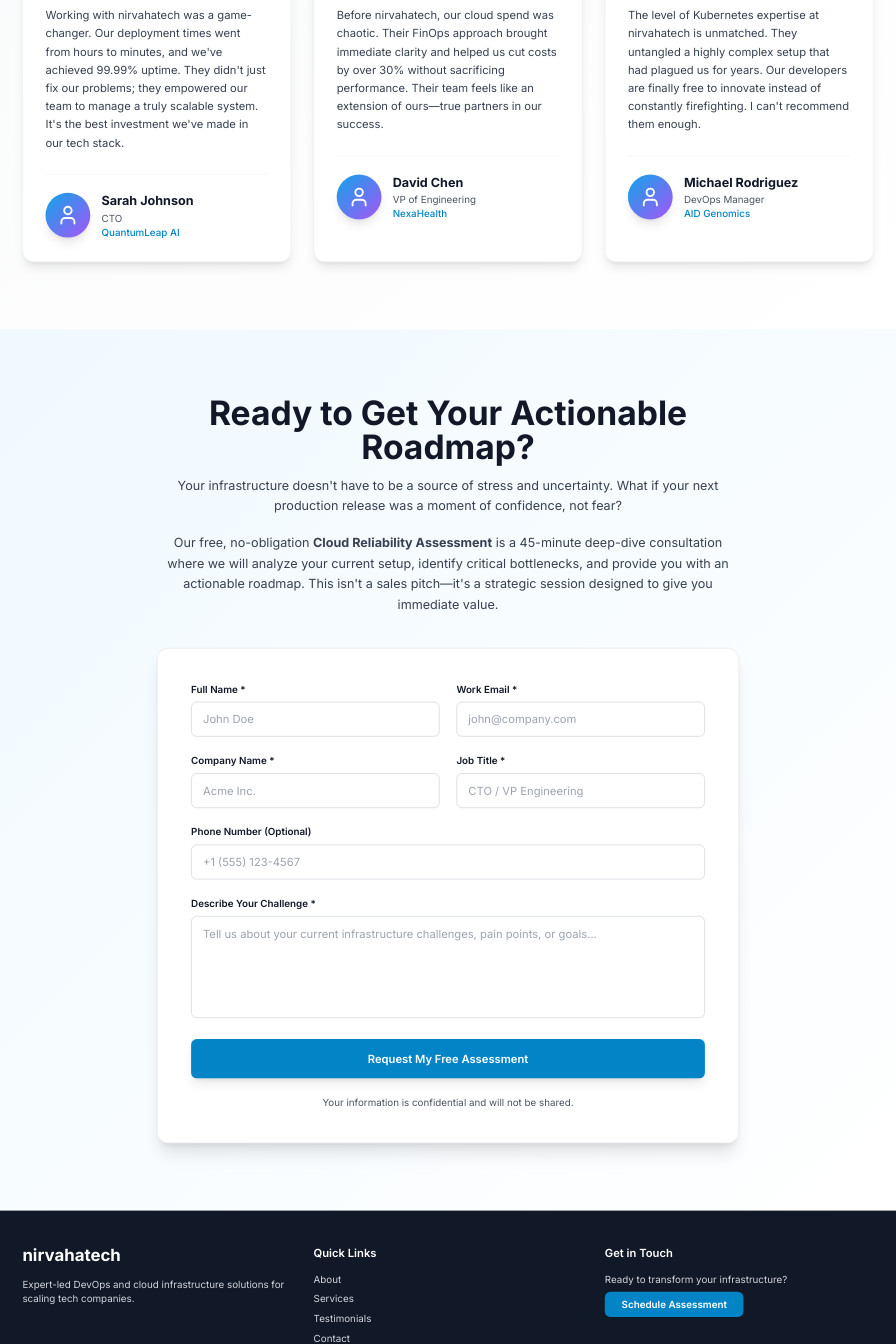
Repository: nirvaha-tech/nirva-monorepo
Page: / (app in frontend/)
An editor plug-in stored every save of this project. The page is shown before and after the next save, followed by the edit.
The browser window is 1280 px wide. The pictures show the part of the page from y = 4388 to 6308 px (the page is 6443 px tall before and 6435 px after), at 70% of full size.
The project was rebuilt for these pictures with package versions that can differ from the ones it lists, and the page was loaded fresh each time. The framework's server and built-in components were replaced by stand-ins that run in the browser. Also part of the build but not shown: frontend/next.config.js.

Above is the page before, as saved 2025-11-14 22:36:17.

### frontend/src/app/layout.tsx
/**
 * Root layout component
 *
 * Copyright (c) 2024 Nirvahatech. All rights reserved.
 * This software is proprietary and confidential.
 */

import type { Metadata } from "next";
import { Inter } from "next/font/google";
import "./globals.css";

const inter = Inter({ subsets: ["latin"], variable: "--font-inter" });

export const metadata: Metadata = {
  title: "Nirvahatech | Expert DevOps & Cloud Infrastructure Solutions",
  description:
    "Stop firefighting. Start innovating. Expert-led DevOps for tech leaders who need scalable, self-healing infrastructure. Transform chaos into reliability.",
  keywords: [
    "DevOps",
    "Kubernetes",
    "Cloud Infrastructure",
    "AWS",
    "CI/CD",
    "GitOps",
    "DevSecOps",
    "FinOps",
    "Infrastructure Automation",
  ],
  authors: [{ name: "Nirvahatech" }],
  openGraph: {
    title: "Nirvahatech | Expert DevOps & Cloud Infrastructure Solutions",
    description:
      "Transform your infrastructure from chaos to reliability. Expert-led DevOps automation for scaling tech companies.",
    type: "website",
    locale: "en_US",
    siteName: "Nirvahatech",
  },
  twitter: {
    card: "summary_large_image",
    title: "Nirvahatech | Expert DevOps & Cloud Infrastructure Solutions",
    description:
      "Transform your infrastructure from chaos to reliability. Expert-led DevOps automation for scaling tech companies.",
  },
  robots: {
    index: true,
    follow: true,
  },
};

export default function RootLayout({
  children,
}: {
  children: React.ReactNode;
}) {
  return (
    <html lang="en" className="scroll-smooth">
      <body className={`${inter.variable} font-sans antialiased`}>
        {children}
      </body>
    </html>
  );
}

### frontend/src/app/page.tsx
import { Header } from "@/components/Header";
import { Hero } from "@/components/Hero";
import { Stats } from "@/components/Stats";
import { About } from "@/components/About";
import { Services } from "@/components/Services";
import { Testimonials } from "@/components/Testimonials";
import { Contact } from "@/components/Contact";
import { Footer } from "@/components/Footer";
import { SmoothScroll } from "@/components/SmoothScroll";

export default function Home() {
  return (
    <main className="min-h-screen">
      <SmoothScroll />
      <Header />
      <Hero />
      <Stats />
      <About />
      <Services />
      <Testimonials />
      <Contact />
      <Footer />
    </main>
  );
}

### frontend/src/app/globals.css
@tailwind base;
@tailwind components;
@tailwind utilities;

@layer base {
  :root {
    --background: 0 0% 100%;
    --foreground: 222.2 84% 4.9%;
  }

  * {
    border-color: hsl(var(--border, 214.3 31.8% 91.4%));
  }

  body {
    @apply bg-white text-gray-900;
  }

  html {
    scroll-behavior: smooth;
  }
}

@layer utilities {
  .text-balance {
    text-wrap: balance;
  }

  /* Custom animations */
  @keyframes blob {
    0% {
      transform: translate(0px, 0px) scale(1);
    }
    33% {
      transform: translate(30px, -50px) scale(1.1);
    }
    66% {
      transform: translate(-20px, 20px) scale(0.9);
    }
    100% {
      transform: translate(0px, 0px) scale(1);
    }
  }

  .animate-blob {
    animation: blob 7s infinite;
  }

  .animation-delay-2000 {
    animation-delay: 2s;
  }

  .animation-delay-4000 {
    animation-delay: 4s;
  }

  /* Smooth transitions for reduced motion */
  @media (prefers-reduced-motion: reduce) {
    *,
    *::before,
    *::after {
      animation-duration: 0.01ms !important;
      animation-iteration-count: 1 !important;
      transition-duration: 0.01ms !important;
    }
  }

  /* Custom gradient animation */
  @keyframes gradient {
    0% {
      background-position: 0% 50%;
    }
    50% {
      background-position: 100% 50%;
    }
    100% {
      background-position: 0% 50%;
    }
  }

  .animate-gradient {
    background-size: 200% 200%;
    animation: gradient 15s ease infinite;
  }

  /* Shimmer effect for loading states */
  @keyframes shimmer {
    0% {
      background-position: -1000px 0;
    }
    100% {
      background-position: 1000px 0;
    }
  }

  .animate-shimmer {
    animation: shimmer 2s infinite;
    background: linear-gradient(to right, #f6f7f8 0%, #edeef1 20%, #f6f7f8 40%, #f6f7f8 100%);
    background-size: 1000px 100%;
  }

  /* Pulse glow effect */
  @keyframes pulse-glow {
    0%, 100% {
      box-shadow: 0 0 5px rgba(14, 165, 233, 0.5);
    }
    50% {
      box-shadow: 0 0 20px rgba(14, 165, 233, 0.8);
    }
  }

  .animate-pulse-glow {
    animation: pulse-glow 2s ease-in-out infinite;
  }
}

### frontend/src/components/Header.tsx
"use client";

import { useState, useEffect } from "react";
import { Menu, X } from "lucide-react";

export function Header() {
  const [isScrolled, setIsScrolled] = useState(false);
  const [isMobileMenuOpen, setIsMobileMenuOpen] = useState(false);

  useEffect(() => {
    const handleScroll = () => {
      setIsScrolled(window.scrollY > 20);
    };
    window.addEventListener("scroll", handleScroll);
    return () => window.removeEventListener("scroll", handleScroll);
  }, []);

  const navLinks = [
    { href: "#about-section", label: "About" },
    { href: "#services-section", label: "Services" },
    { href: "#testimonials-section", label: "Testimonials" },
    { href: "#contact-section", label: "Contact" },
  ];

  return (
    <header
      className={`fixed top-0 left-0 right-0 z-50 transition-all duration-300 ${
        isScrolled
          ? "bg-white/95 backdrop-blur-md shadow-md"
          : "bg-transparent"
      }`}
    >
      <div className="max-w-7xl mx-auto px-4 sm:px-6 lg:px-8">
        <div className="flex justify-between items-center h-16 md:h-20">
          {/* Logo */}
          <a href="#" className="text-2xl font-bold text-primary-600">
            nirvahatech
          </a>

          {/* Desktop Navigation */}
          <nav className="hidden md:flex items-center space-x-8">
            {navLinks.map((link) => (
              <a
                key={link.href}
                href={link.href}
                className="text-gray-700 hover:text-primary-600 transition-colors font-medium"
              >
                {link.label}
              </a>
            ))}
          </nav>

          {/* Mobile Menu Button */}
          <button
            onClick={() => setIsMobileMenuOpen(!isMobileMenuOpen)}
            className="md:hidden p-2 text-gray-700"
            aria-label="Toggle menu"
          >
            {isMobileMenuOpen ? <X size={24} /> : <Menu size={24} />}
          </button>
        </div>

        {/* Mobile Navigation */}
        {isMobileMenuOpen && (
          <nav className="md:hidden py-4 border-t">
            {navLinks.map((link) => (
              <a
                key={link.href}
                href={link.href}
                onClick={() => setIsMobileMenuOpen(false)}
                className="block py-3 text-gray-700 hover:text-primary-600 transition-colors font-medium"
              >
                {link.label}
              </a>
            ))}
          </nav>
        )}
      </div>
    </header>
  );
}

### frontend/src/components/Stats.tsx
"use client";

import { motion } from "framer-motion";
import { AnimatedCounter } from "./AnimatedCounter";
import { AnimatedSection } from "./AnimatedSection";

export function Stats() {
  const stats = [
    {
      value: 5,
      suffix: "x",
      label: "Faster Deployment Cycles",
      description: "From days to hours",
    },
    {
      value: 99.99,
      suffix: "%",
      decimals: 2,
      label: "Uptime Achieved",
      description: "Industry-leading reliability",
    },
    {
      value: 40,
      prefix: "-",
      suffix: "%",
      label: "Reduction in Cloud Spend",
      description: "Optimized cloud spending",
    },
    {
      value: 24,
      suffix: "/7",
      label: "Monitoring & Support",
      description: "Always watching your systems",
    },
  ];

  const container = {
    hidden: { opacity: 0 },
    show: {
      opacity: 1,
      transition: {
        staggerChildren: 0.2,
      },
    },
  };

  const item = {
    hidden: { opacity: 0, y: 20 },
    show: { opacity: 1, y: 0 },
  };

  return (
    <section className="py-16 md:py-24 bg-white">
      <div className="max-w-7xl mx-auto px-4 sm:px-6 lg:px-8">
        <AnimatedSection animation="fade">
          <h2 className="text-3xl md:text-4xl font-bold text-center text-gray-900 mb-12">
            The Tangible Results of True Cloud Reliability
          </h2>
        </AnimatedSection>
        <motion.div
          variants={container}
          initial="hidden"
          whileInView="show"
          viewport={{ once: true, amount: 0.3 }}
          className="grid grid-cols-1 md:grid-cols-2 lg:grid-cols-4 gap-8"
        >
          {stats.map((stat, index) => (
            <motion.div
              key={index}
              variants={item}
              whileHover={{ scale: 1.05, y: -5 }}
              transition={{ type: "spring", stiffness: 300 }}
              className="text-center p-6 rounded-lg hover:bg-gradient-to-br hover:from-primary-50 hover:to-white hover:shadow-xl cursor-pointer group"
            >
              <div className="text-5xl md:text-6xl font-bold text-primary-600 mb-2 transition-all duration-300 group-hover:scale-110">
                <AnimatedCounter
                  end={stat.value}
                  suffix={stat.suffix}
                  prefix={stat.prefix}
                  decimals={stat.decimals}
                />
              </div>
              <div className="text-xl font-semibold text-gray-900 mb-1">
                {stat.label}
              </div>
              <div className="text-sm text-gray-600">{stat.description}</div>
            </motion.div>
          ))}
        </motion.div>
      </div>
    </section>
  );
}

### frontend/src/components/Testimonials.tsx
import { Quote, User } from "lucide-react";

export function Testimonials() {
  const testimonials = [
    {
      quote:
        "Working with nirvahatech was a game-changer. Our deployment times went from hours to minutes, and we've achieved 99.99% uptime. They didn't just fix our problems; they empowered our team to manage a truly scalable system. It's the best investment we've made in our tech stack.",
      name: "Sarah Johnson",
      title: "CTO",
      company: "QuantumLeap AI",
    },
    {
      quote:
        "Before nirvahatech, our cloud spend was chaotic. Their FinOps approach brought immediate clarity and helped us cut costs by over 30% without sacrificing performance. Their team feels like an extension of ours—true partners in our success.",
      name: "David Chen",
      title: "VP of Engineering",
      company: "NexaHealth",
    },
    {
      quote:
        "The level of Kubernetes expertise at nirvahatech is unmatched. They untangled a highly complex setup that had plagued us for years. Our developers are finally free to innovate instead of constantly firefighting. I can't recommend them enough.",
      name: "Michael Rodriguez",
      title: "DevOps Manager",
      company: "AID Genomics",
    },
  ];

  return (
    <section
      id="testimonials-section"
      className="py-16 md:py-24 bg-gradient-to-br from-gray-50 to-white"
    >
      <div className="max-w-7xl mx-auto px-4 sm:px-6 lg:px-8">
        <h2 className="text-3xl md:text-5xl font-bold text-center text-gray-900 mb-4">
          Trusted by the Innovators
        </h2>
        <p className="text-xl text-center text-gray-600 mb-16 max-w-3xl mx-auto">
          We don&apos;t just build infrastructure; we build partnerships. Here&apos;s what leaders from fast-growing startups are saying about working with nirvahatech.
        </p>

        {/* Testimonials Grid */}
        <div className="grid md:grid-cols-3 gap-8">
          {testimonials.map((testimonial, index) => (
            <div
              key={index}
              className="bg-white p-8 rounded-2xl shadow-lg border border-gray-100 hover:shadow-xl transition-all duration-300 hover:-translate-y-1"
            >
              <div className="flex items-start justify-start mb-6">
                <Quote className="text-primary-600 opacity-50" size={32} />
              </div>

              <p className="text-gray-700 mb-8 leading-relaxed">
                {testimonial.quote}
              </p>

              <div className="flex items-center gap-4 pt-6 border-t border-gray-100">
                <div className="flex-shrink-0">
                  <div className="w-16 h-16 rounded-full bg-gradient-to-br from-primary-500 to-secondary-500 flex items-center justify-center shadow-lg">
                    <User className="text-white" size={32} />
                  </div>
                </div>
                <div>
                  <div className="font-bold text-gray-900 text-lg">
                    {testimonial.name}
                  </div>
                  <div className="text-sm text-gray-600">
                    {testimonial.title}
                  </div>
                  <div className="text-sm text-primary-600 font-medium">
                    {testimonial.company}
                  </div>
                </div>
              </div>
            </div>
          ))}
        </div>
      </div>
    </section>
  );
}

### frontend/src/components/Footer.tsx
export function Footer() {
  const currentYear = new Date().getFullYear();

  return (
    <footer className="bg-gray-900 text-gray-300 py-12">
      <div className="max-w-7xl mx-auto px-4 sm:px-6 lg:px-8">
        <div className="grid md:grid-cols-3 gap-8 mb-8">
          <div>
            <div className="text-2xl font-bold text-white mb-4">
              nirvahatech
            </div>
            <p className="text-sm">
              Expert-led DevOps and cloud infrastructure solutions for scaling
              tech companies.
            </p>
          </div>

          <div>
            <h4 className="text-white font-semibold mb-4">Quick Links</h4>
            <ul className="space-y-2 text-sm">
              <li>
                <a
                  href="#about-section"
                  className="hover:text-primary-400 transition-colors"
                >
                  About
                </a>
              </li>
              <li>
                <a
                  href="#services-section"
                  className="hover:text-primary-400 transition-colors"
                >
                  Services
                </a>
              </li>
              <li>
                <a
                  href="#testimonials-section"
                  className="hover:text-primary-400 transition-colors"
                >
                  Testimonials
                </a>
              </li>
              <li>
                <a
                  href="#contact-section"
                  className="hover:text-primary-400 transition-colors"
                >
                  Contact
                </a>
              </li>
            </ul>
          </div>

          <div>
            <h4 className="text-white font-semibold mb-4">Get in Touch</h4>
            <p className="text-sm mb-2">
              Ready to transform your infrastructure?
            </p>
            <a
              href="#contact-section"
              className="inline-block px-6 py-2 bg-primary-600 text-white font-semibold rounded-lg hover:bg-primary-700 transition-colors text-sm"
            >
              Schedule Assessment
            </a>
          </div>
        </div>

        <div className="border-t border-gray-800 pt-8 text-center text-sm">
          <p>
            &copy; {currentYear} Nirvahatech. All rights reserved.
          </p>
        </div>
      </div>
    </footer>
  );
}

### frontend/src/components/SmoothScroll.tsx
/**
 * Smooth scroll component for navigation links
 *
 * Copyright (c) 2024 Nirvahatech. All rights reserved.
 */

"use client";

import { useEffect } from "react";

export function SmoothScroll() {
  useEffect(() => {
    const handleSmoothScroll = (e: MouseEvent) => {
      const target = e.target as HTMLElement;
      const href = target.getAttribute("href");

      if (href && href.startsWith("#")) {
        e.preventDefault();
        const element = document.querySelector(href);

        if (element) {
          const offset = 80; // Header height
          const elementPosition = element.getBoundingClientRect().top;
          const offsetPosition = elementPosition + window.pageYOffset - offset;

          window.scrollTo({
            top: offsetPosition,
            behavior: "smooth",
          });
        }
      }
    };

    // Add click listeners to all anchor links
    const links = document.querySelectorAll('a[href^="#"]');
    links.forEach((link) => {
      link.addEventListener("click", handleSmoothScroll as EventListener);
    });

    // Cleanup
    return () => {
      links.forEach((link) => {
        link.removeEventListener("click", handleSmoothScroll as EventListener);
      });
    };
  }, []);

  return null;
}

### frontend/src/components/AnimatedCounter.tsx
/**
 * Animated number counter component
 *
 * Copyright (c) 2024 Nirvahatech. All rights reserved.
 */

"use client";

import { useEffect, useState } from "react";
import { useInView } from "react-intersection-observer";
import CountUp from "react-countup";

interface AnimatedCounterProps {
  end: number;
  suffix?: string;
  prefix?: string;
  decimals?: number;
  duration?: number;
}

export function AnimatedCounter({
  end,
  suffix = "",
  prefix = "",
  decimals = 0,
  duration = 2.5,
}: AnimatedCounterProps) {
  const [ref, inView] = useInView({
    triggerOnce: true,
    threshold: 0.3,
  });

  const [startCount, setStartCount] = useState(false);

  useEffect(() => {
    if (inView) {
      setStartCount(true);
    }
  }, [inView]);

  return (
    <div ref={ref}>
      {startCount && (
        <CountUp
          start={0}
          end={end}
          duration={duration}
          decimals={decimals}
          prefix={prefix}
          suffix={suffix}
          separator=","
        />
      )}
      {!startCount && `${prefix}0${suffix}`}
    </div>
  );
}

### frontend/src/components/AnimatedSection.tsx
/**
 * Reusable animated section wrapper with scroll animations
 *
 * Copyright (c) 2024 Nirvahatech. All rights reserved.
 */

"use client";

import { motion } from "framer-motion";
import { useInView } from "react-intersection-observer";
import { ReactNode } from "react";

interface AnimatedSectionProps {
  children: ReactNode;
  animation?: "fade" | "slide-up" | "slide-left" | "slide-right" | "scale";
  delay?: number;
  duration?: number;
  className?: string;
}

export function AnimatedSection({
  children,
  animation = "fade",
  delay = 0,
  duration = 0.6,
  className = "",
}: AnimatedSectionProps) {
  const [ref, inView] = useInView({
    triggerOnce: true,
    threshold: 0.1,
  });

  const animations = {
    fade: {
      hidden: { opacity: 0 },
      visible: { opacity: 1 },
    },
    "slide-up": {
      hidden: { opacity: 0, y: 50 },
      visible: { opacity: 1, y: 0 },
    },
    "slide-left": {
      hidden: { opacity: 0, x: -50 },
      visible: { opacity: 1, x: 0 },
    },
    "slide-right": {
      hidden: { opacity: 0, x: 50 },
      visible: { opacity: 1, x: 0 },
    },
    scale: {
      hidden: { opacity: 0, scale: 0.8 },
      visible: { opacity: 1, scale: 1 },
    },
  };

  return (
    <motion.div
      ref={ref}
      initial="hidden"
      animate={inView ? "visible" : "hidden"}
      variants={animations[animation]}
      transition={{
        duration,
        delay,
        ease: [0.25, 0.46, 0.45, 0.94],
      }}
      className={className}
    >
      {children}
    </motion.div>
  );
}

### frontend/tailwind.config.ts
import type { Config } from "tailwindcss";

const config: Config = {
  content: [
    "./src/pages/**/*.{js,ts,jsx,tsx,mdx}",
    "./src/components/**/*.{js,ts,jsx,tsx,mdx}",
    "./src/app/**/*.{js,ts,jsx,tsx,mdx}",
  ],
  theme: {
    extend: {
      colors: {
        primary: {
          50: '#f0f9ff',
          100: '#e0f2fe',
          200: '#bae6fd',
          300: '#7dd3fc',
          400: '#38bdf8',
          500: '#0ea5e9',
          600: '#0284c7',
          700: '#0369a1',
          800: '#075985',
          900: '#0c4a6e',
          950: '#082f49',
        },
        secondary: {
          50: '#faf5ff',
          100: '#f3e8ff',
          200: '#e9d5ff',
          300: '#d8b4fe',
          400: '#c084fc',
          500: '#a855f7',
          600: '#9333ea',
          700: '#7e22ce',
          800: '#6b21a8',
          900: '#581c87',
          950: '#3b0764',
        },
      },
      fontFamily: {
        sans: ['var(--font-inter)', 'system-ui', 'sans-serif'],
      },
    },
  },
  plugins: [],
};

export default config;

Loaded but not shown: frontend/src/components/Contact.tsx (273 lines, source omitted); frontend/src/components/About.tsx (124 lines, source omitted); frontend/src/components/Hero.tsx (114 lines, source omitted); frontend/src/components/Services.tsx (101 lines, source omitted)

After the next save:
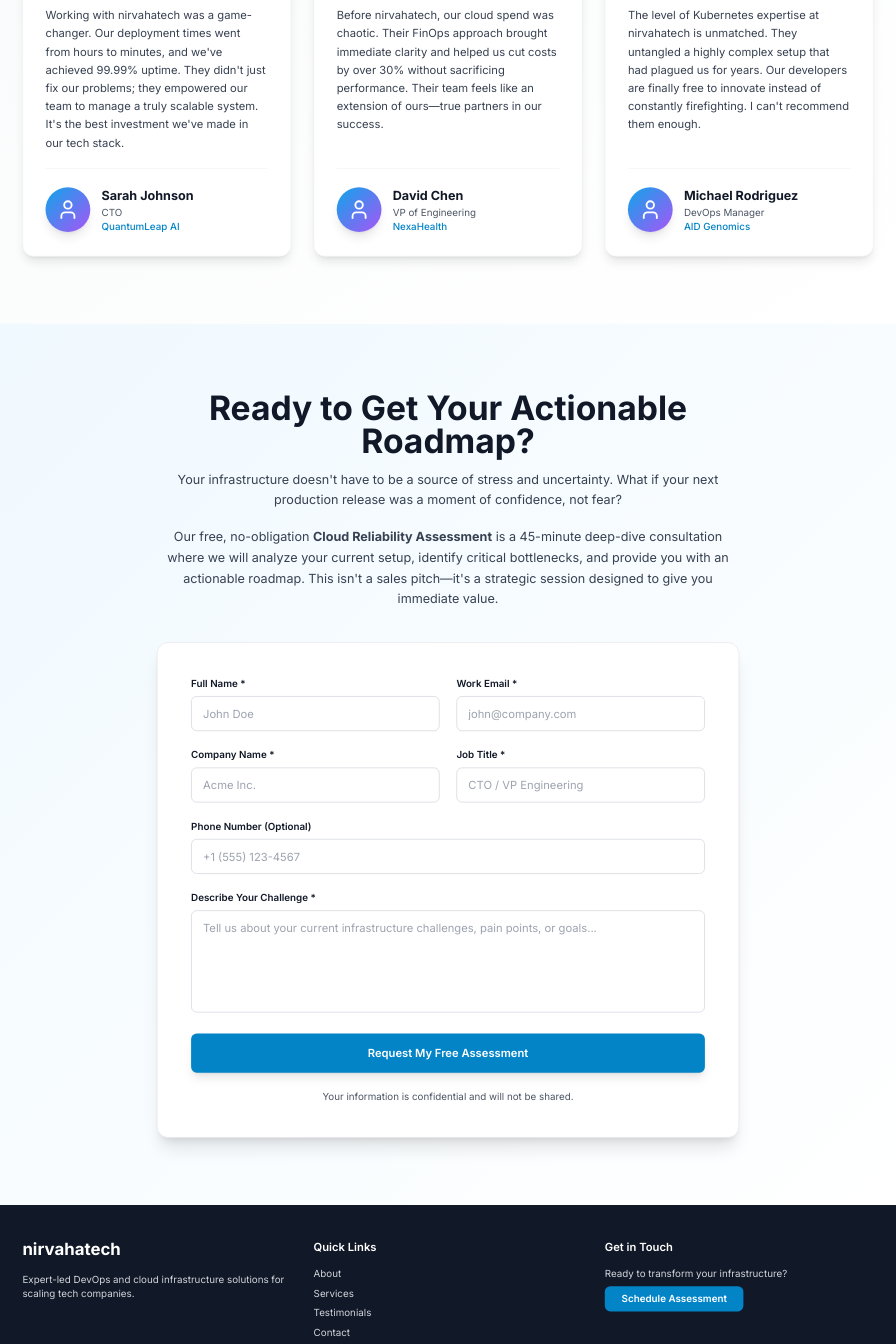
Saved 2 min 0 s later.
--- a/frontend/src/components/Testimonials.tsx
+++ b/frontend/src/components/Testimonials.tsx
@@ -43,17 +43,17 @@ export function Testimonials() {
           {testimonials.map((testimonial, index) => (
             <div
               key={index}
-              className="bg-white p-8 rounded-2xl shadow-lg border border-gray-100 hover:shadow-xl transition-all duration-300 hover:-translate-y-1"
+              className="bg-white p-8 rounded-2xl shadow-lg border border-gray-100 hover:shadow-xl transition-all duration-300 hover:-translate-y-1 flex flex-col"
             >
               <div className="flex items-start justify-start mb-6">
                 <Quote className="text-primary-600 opacity-50" size={32} />
               </div>
 
-              <p className="text-gray-700 mb-8 leading-relaxed">
+              <p className="text-gray-700 leading-relaxed flex-grow">
                 {testimonial.quote}
               </p>
 
-              <div className="flex items-center gap-4 pt-6 border-t border-gray-100">
+              <div className="flex items-center gap-4 pt-6 mt-6 border-t border-gray-100">
                 <div className="flex-shrink-0">
                   <div className="w-16 h-16 rounded-full bg-gradient-to-br from-primary-500 to-secondary-500 flex items-center justify-center shadow-lg">
                     <User className="text-white" size={32} />
